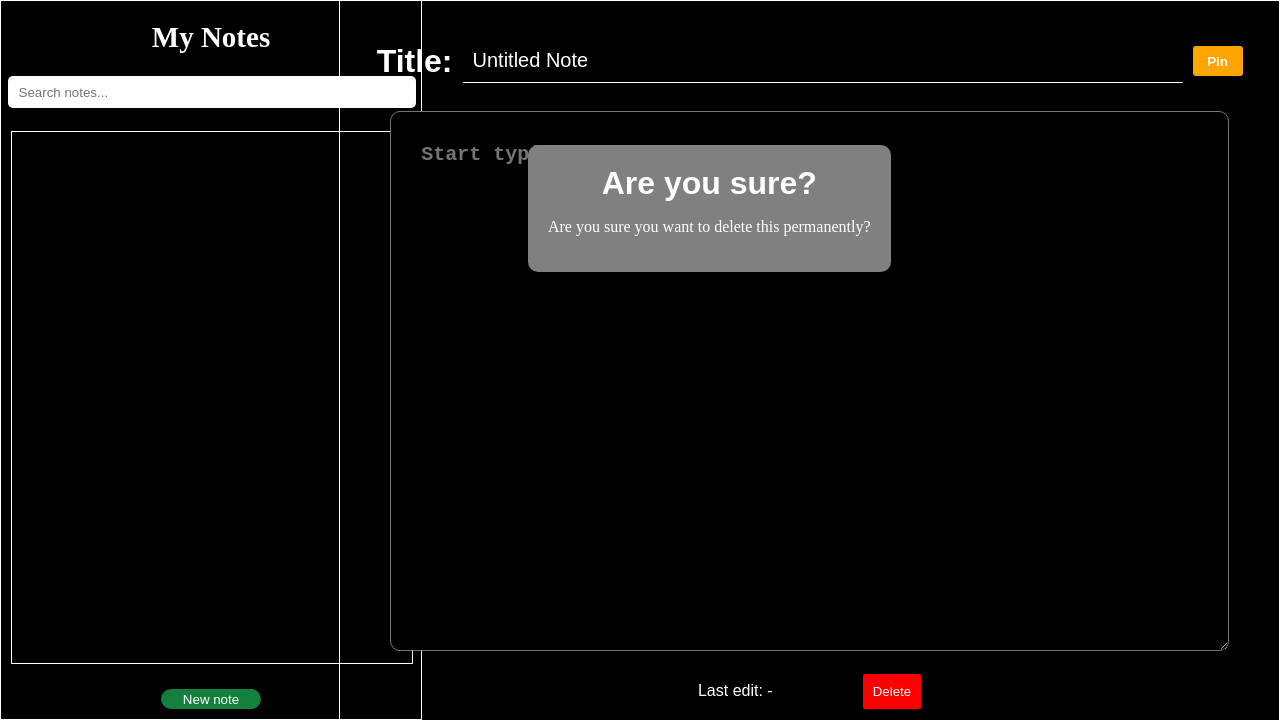
Repository: dmpelaez/myNotes
Page: QuickNotes.html
The author's editor kept a copy of each file at every save. The page is drawn from the files as they stood at one save, then again after the next save.
The browser window is 1280 px wide. The pictures show the whole page.

Above is the page before, as saved 2025-12-18 21:55:49.

### QuickNotes.html
<!DOCTYPE html>

  <html>

    <head>

      <title>Quick Notes</title>

      <!--CSS LINK-->
      <link rel="stylesheet" href="QuickNotes.css">
    </head>
    <body>

      <!--Note section-->
      <aside class="aside-section">

        <!--My notes part-->
        <div class="myNotes">
          <p class="my-notes-text">My Notes</p>
        </div>
        <!--Search notes-->
        <div class="input-box">
          <input class="input" placeholder="Search notes...">
        </div>
        <!--Notes-->
        <div class="note-list"></div>
        <!--add button-->
        <button class="add-button">New note</button>

      </aside>

      <!---Typing section-->
      <main class="main-section">

        <!--Header-->
        <div class="header-section">
          <h1>Title:</h1>
          <input class="title-notes" placeholder="Untitled Note">
          <button class="pin-btn">Pin</button>
        </div>

        <!--text area-->
        <div class="texting-area">
          <textarea class="textarea" placeholder="Start typing..."></textarea>
        </div>

        <!---Delete button-->
        <div class="delete">
          <span class="edit">Last edit: -</span>
          <button class="delete-btn">Delete</button>
        </div>

        <div class="delete-confirm">

          <div class="modal-delete">
            <h1>Are you sure?</h1>
            <p class="sure-text">Are you sure you want to delete this permanently?</p>
          </div>

        </div>

      </main>


    </body>

  </html>

### QuickNotes.css
body {
  margin: 0;
  padding: 0;
  background: black;
  box-sizing: border-box;
}
* {
  color: rgb(255, 255, 255);
}
.aside-section {
  border: 1px solid white;
  display: grid;
  width: 400px;
  position: fixed;
  bottom: 0;
  top: 0;
  grid-template-rows: 40px 30px 1fr 20px;
  padding: 10px;
  gap: 25px;

}

.my-notes-text {
  display: flex;
  margin: 0px;
  justify-self: center;
  align-self: center;
  margin-top: 10px;
}
.note-list {
  border: 1px solid white;
  width: 100%;
}

.my-notes-text {
  font-weight: bold;
  font-size: 29px;
}

.input {
  color: black;
  display: flex;
  align-self: center;
  justify-self: center;
  Width: 99%;
  height: 100%;
  border-radius: 5px;
  border: none;
  outline: none;
  padding-left: 10px;
  margin-left: 1px;
}
.input::placeholder {
  padding-left: 1px;

}

.add-button {
  width: 100px;
  display: flex;
  justify-self: center;
  background: rgb(19, 128, 61);
  border: none;
  border-radius: 10px;
  color: white;
  font-family: arial;
  align-items: center;
  justify-content: center;
  cursor: pointer;
}

.note-list {
  display: grid;
}

.main-section {
  position: fixed;
  left: 26.5%;
  border: 1px solid white;
  right: 0px;
  height: 100%;
  display: grid;
  grid-template-rows: 70px 1fr 30px;
  gap: 40px;

}

.header-section {
  display: flex;
  justify-self: center;
  align-self: center;
  gap: 10px;
  margin-top: 50px;
  align-items: center;
}
.title-notes {
  width: 700px;
  padding: 10px;
  border-radius: 1px;
  background: none;
  border: none;
  border-bottom: 1px solid white;
  outline: none;
 font-size: 20px;
 font-family: arial;
}

.title-notes::placeholder {
  color: white;
  font-family: arial;
  font-size: 20px;

}

.pin-btn {
  background: orange;
  border: none;
  border-radius: 3px;
  font-family: arial;
  font-weight: bold;
  width: 50px;
  height: 30px
}

.texting-area {
  display: flex;
  padding-right: 50px;
  padding-left: 50px;
}
.textarea {
  background: black;
  outline: none;
  display: flex;
  width: 100%;
  padding-left: 30px;
  padding-right: 80px;
  padding-top: 30px;
  line-height: 25px;
  font-size: 20px;
  font-weight: bold;
  border-radius: 10px;
}

.delete {
  display: flex;
  justify-content: center;
  align-items: center;
  gap: 90px;
  margin-bottom: 40px;

}
.delete-btn {
  background: red;
  border: none;
  border-radius: 2px;
  padding: 10px;
  cursor: pointer;
}
.edit {
  font-family: arial;
}

.delete-confirm {
  position: absolute;
  left: 20%;
  top: 20%;
  display: flex;
  background: gray;
  border-radius: 10px;
  flex-direction: column;
  align-items: center;
  justify-content: center;
}
.modal-delete {
  padding: 20px;
}
h1 {
  display: flex;
  justify-self: center;
  margin: 0px;
  font-family: arial;
}

After the next save:
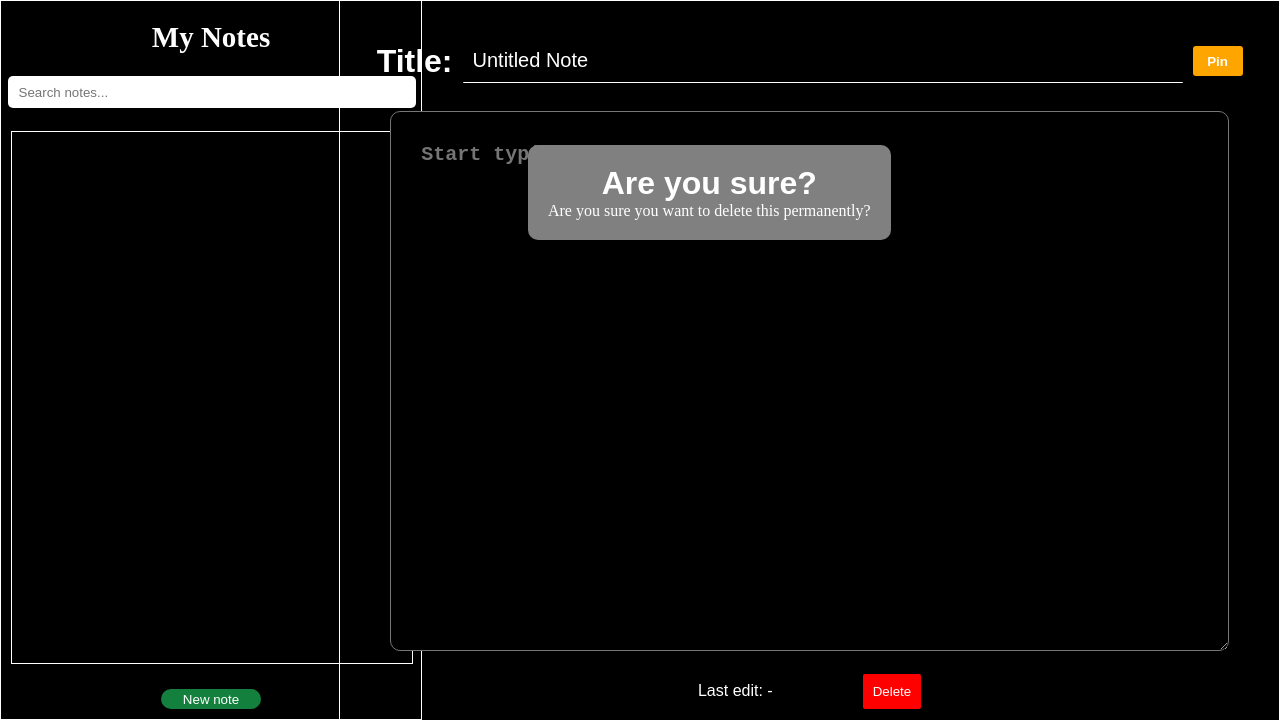
Saved 21 s later.
--- a/QuickNotes.css
+++ b/QuickNotes.css
@@ -180,3 +180,6 @@ h1 {
   margin: 0px;
   font-family: arial;
 }
+.sure-text {
+  margin: 0;
+}
